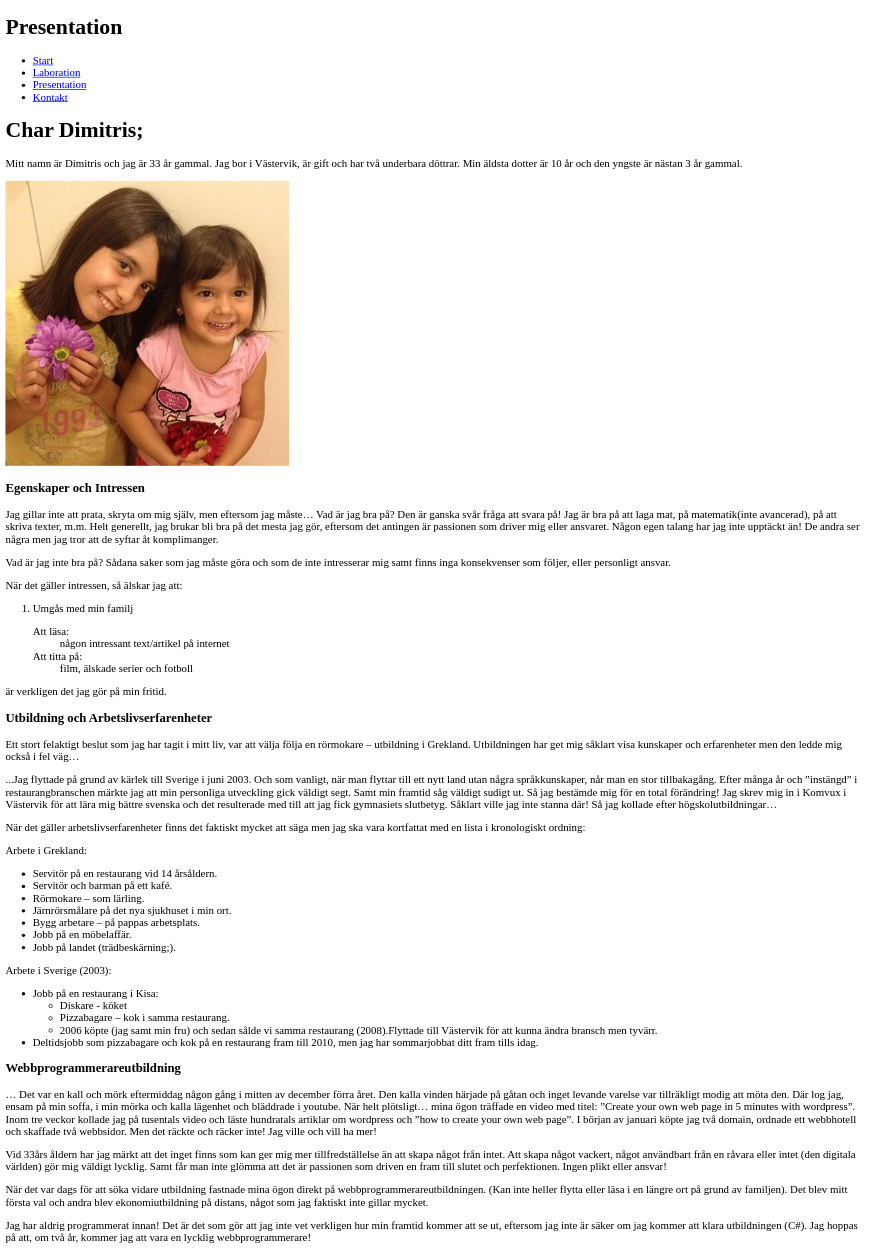
Repository: dn222em/1ik415-laborationer
Page: pages/Presentation.html
The author's editor kept a record of every edit. The page is drawn from the files as they stood at one moment, then again after the next edit.
The browser window is 1280 px wide. The pictures show the whole page, at 68% of full size.

Above is the page before.

After the next edit:
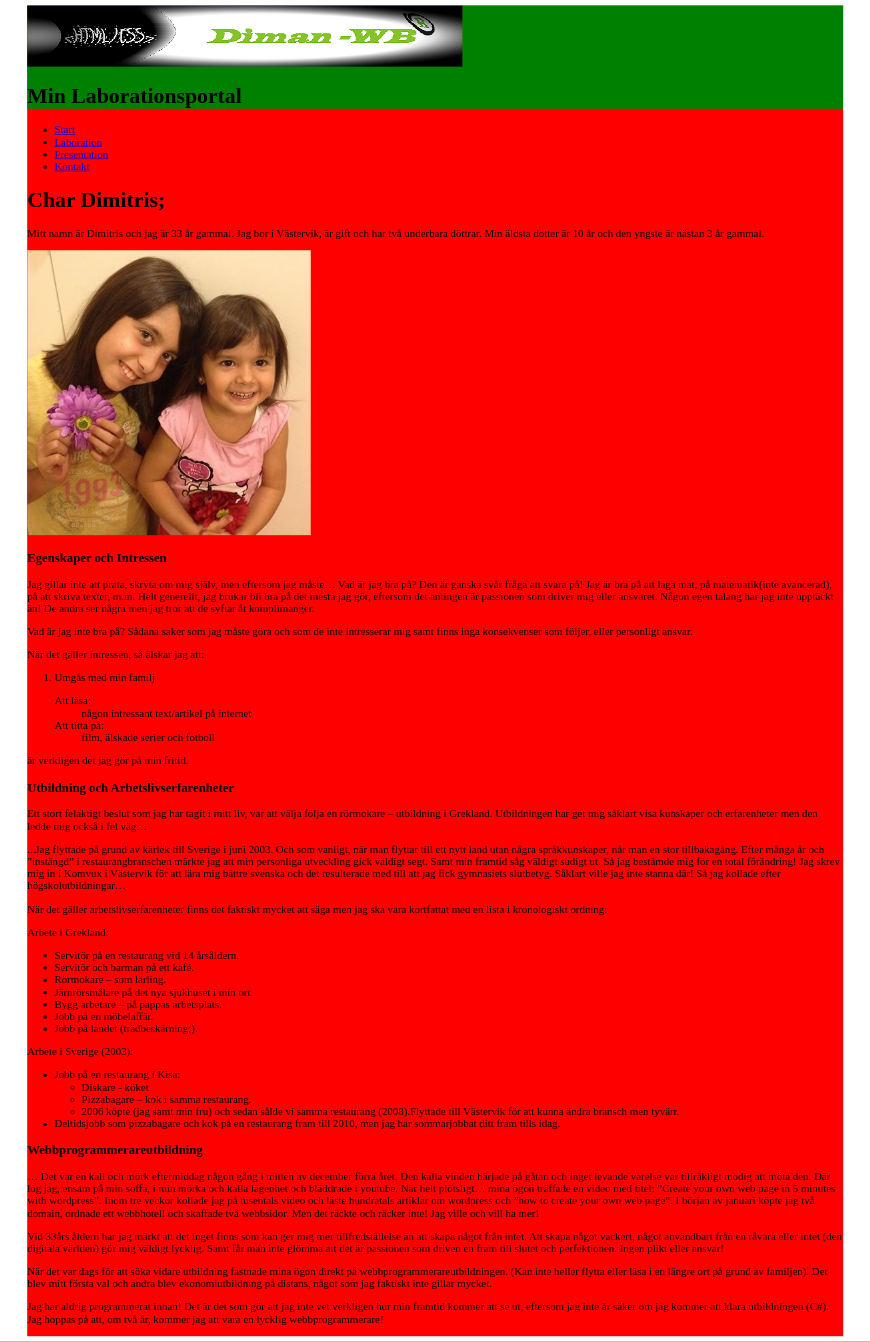
The edit:
--- a/pages/Presentation.html
+++ b/pages/Presentation.html
@@ -10,7 +10,12 @@
             <!-- Mitt första HTML-dokument. Det ingår en ordnad lista(ol) som inkluderar en
             definitionslista(dt). Vidare ingår en oordnand lista(ul) med en oordnand lista inom listan.-->
 <body>
-    <h1>Presentation</h1>
+	<div id="container">
+	<div id="top">
+				<a id="logo"><img src="../pics/logo.png" alt="Logotype" /></a>
+				<h1>Min Laborationsportal</h1>
+			</div>
+
         <ul>
 			<li><a href="../index.html">Start</a></li>
 			<li><a href="../pages/laborationer.html">Laboration</a></li>
